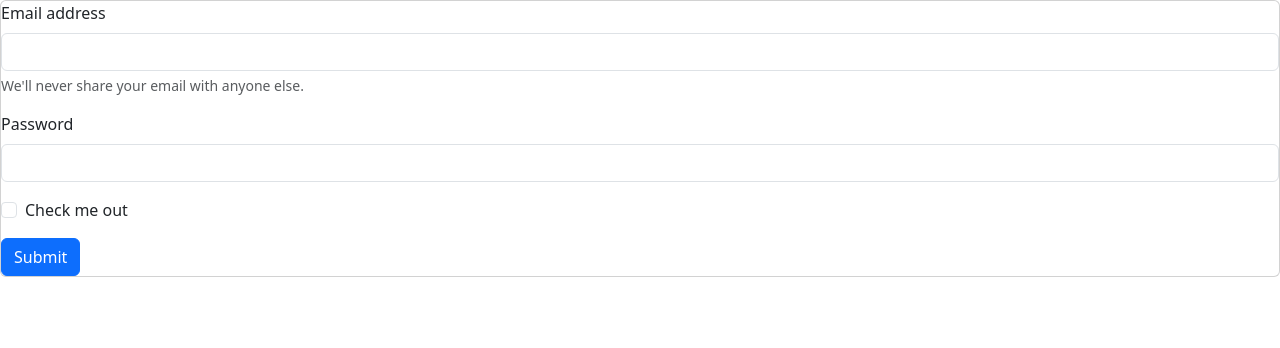
Repository: rahulgaba1987/MiniProject2
Page: http://localhost/login
These files come from the project's save history. The page is drawn as it stood at one moment and after the next save; the edit follows.
The browser window is 1280 px wide. The pictures show the whole page.
The page is this project's Thymeleaf template; nobody is signed in. The template is opened directly, without the code that normally fills it, so the values that code supplies are empty.

Above is the page before, as saved 2023-04-17 17:31:06.

### 02_MiniProject/src/main/resources/templates/login.html
<!doctype html>
<html lang="en">

<head>
	<meta charset="utf-8">
	<meta name="viewport" content="width=device-width, initial-scale=1">
	<title>Bootstrap demo</title>
	<link href="https://cdn.jsdelivr.net/npm/bootstrap@5.3.0-alpha3/dist/css/bootstrap.min.css" rel="stylesheet"
		integrity="sha384-KK94CHFLLe+nY2dmCWGMq91rCGa5gtU4mk92HdvYe+M/SXH301p5ILy+dN9+nJOZ" crossorigin="anonymous">
</head>

<body>

	<div class="card">
		<div>


			<form>
				<div class="mb-3">
					<label for="exampleInputEmail1" class="form-label">Email address</label>
					<input type="email" class="form-control" id="exampleInputEmail1" aria-describedby="emailHelp">
					<div id="emailHelp" class="form-text">We'll never share your email with anyone else.</div>
				</div>
				<div class="mb-3">
					<label for="exampleInputPassword1" class="form-label">Password</label>
					<input type="password" class="form-control" id="exampleInputPassword1">
				</div>
				<div class="mb-3 form-check">
					<input type="checkbox" class="form-check-input" id="exampleCheck1">
					<label class="form-check-label" for="exampleCheck1">Check me out</label>
				</div>
				<button type="submit" class="btn btn-primary">Submit</button>
			</form>
		</div>

	</div>


	<script src="https://cdn.jsdelivr.net/npm/bootstrap@5.3.0-alpha3/dist/js/bootstrap.bundle.min.js"
		integrity="sha384-ENjdO4Dr2bkBIFxQpeoTz1HIcje39Wm4jDKdf19U8gI4ddQ3GYNS7NTKfAdVQSZe"
		crossorigin="anonymous"></script>
</body>

</html>

After the next save:
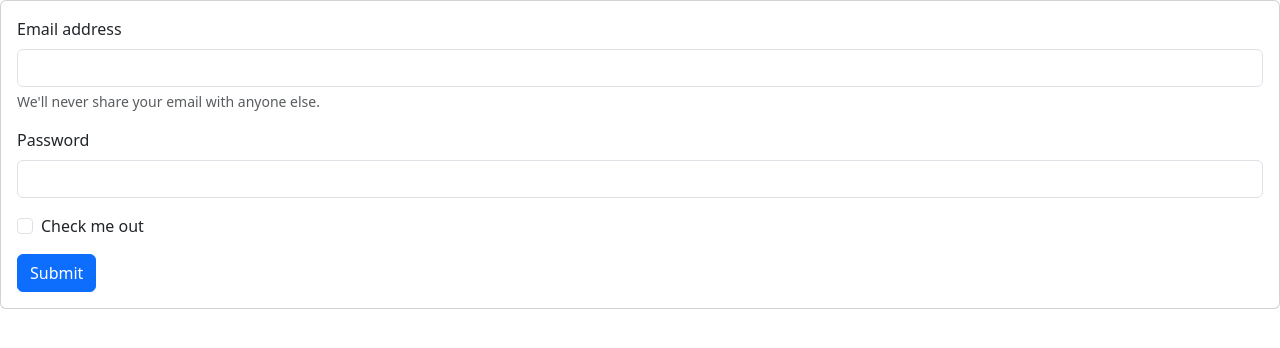
Saved 60 s later.
--- a/02_MiniProject/src/main/resources/templates/login.html
+++ b/02_MiniProject/src/main/resources/templates/login.html
@@ -12,7 +12,7 @@
 <body>
 
 	<div class="card">
-		<div>
+		<div class="card-body">
 
 
 			<form>
